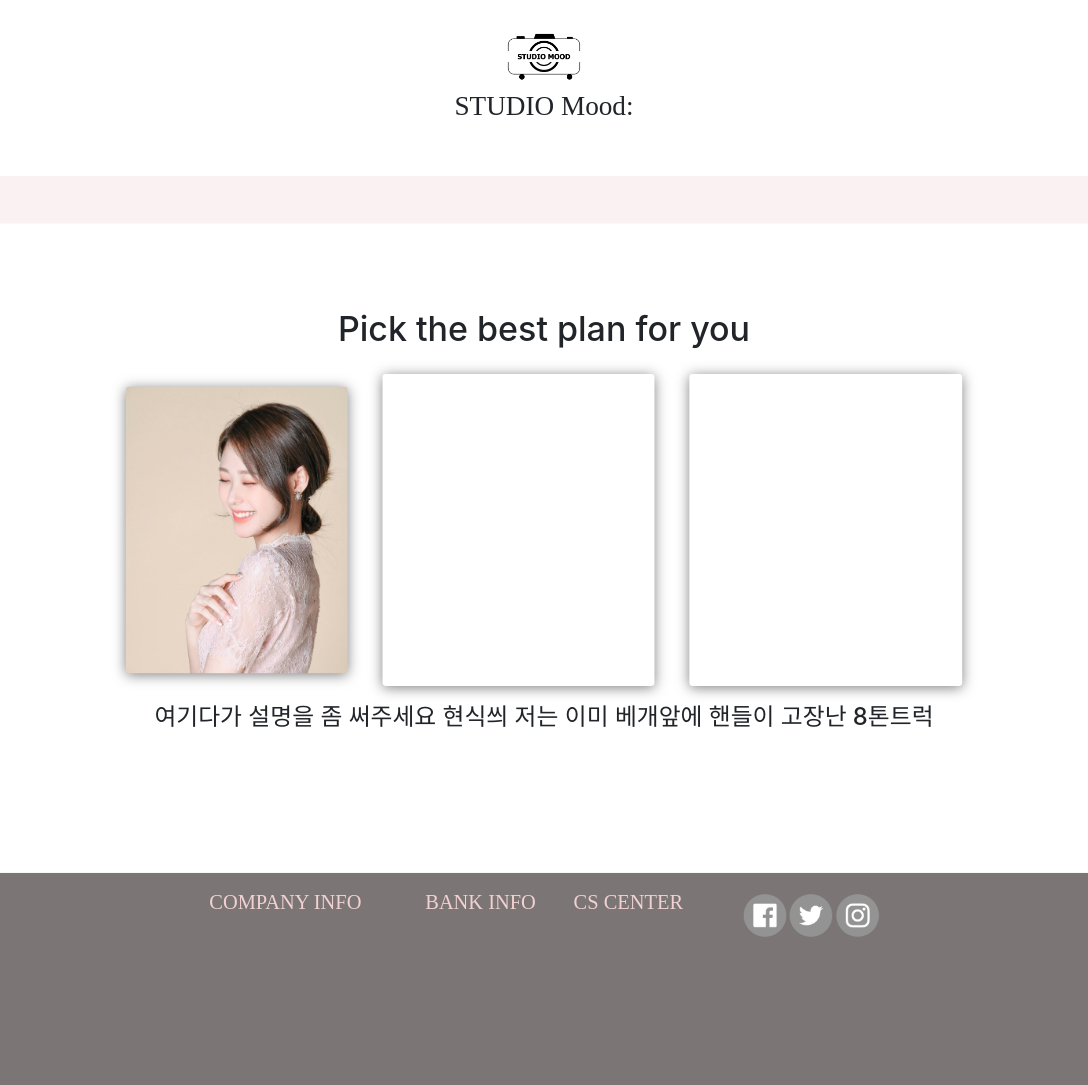
Repository: seugju/HSDsemi
Page: http://localhost/studioMood/views/product/product.jsp
The author's editor kept a copy of each file at every save. The page is drawn from the files as they stood at one save, then again after the next save.
The browser window is 1280 px wide. The pictures show the whole page, at 85% of full size.
Some web fonts or font styles are not loaded; a fallback is used. The page is served by Tomcat 9. Other server files are loaded and not shown.

Above is the page before, as saved 2020-12-02 16:08:54.

### project-workspace/studioMood/WebContent/views/product/product.jsp
<%@ page language="java" contentType="text/html; charset=UTF-8"
    pageEncoding="UTF-8"%>
<!DOCTYPE html PUBLIC "-//W3C//DTD HTML 4.01 Transitional//EN" "http://www.w3.org/TR/html4/loose.dtd">
<html>
<head>
<meta http-equiv="Content-Type" content="text/html; charset=UTF-8">
<title>Insert title here</title>
</head>
<style>
	@import url('https://fonts.googleapis.com/css?family=Open+Sans');

* {
	box-sizing: border-box;
}

body {
	background-color: #f6f5f7;
	font-family: 'Open Sans', sans-serif;
	margin-bottom: 50px;
}

.text-center {
	text-align: center;
}

.pricing-box-container {
	display: flex;
	align-items: center;
	justify-content: center;
	flex-wrap: wrap;
}

.pricing-box {
	background-color: #ffffff;
	box-shadow: 0px 2px 15px 0px rgba(0,0,0,0.5);
	border-radius: 4px;
	flex: 1;
	padding: 0 30px 30px;
	margin: 2%;
	min-width: 250px;
	max-width: 350px;
}

.pricing-box h5 {
	text-transform: uppercase;
}

.price {
	margin: 24px 0;
	font-size: 36px;
	font-weight: 900;
}

.price sub, .price sup {
	font-size: 16px;
	font-weight: 100;
}

.features-list {
	padding: 0;
	list-style-type: none;
}

.features-list li {
	font-weight: 100;
	padding: 12px 0;
	font-weight: 100;
}

.features-list li:not(:last-of-type) {
	border-bottom: 1px solid rgba(0, 0, 0, 0.1);
}

.btn-primary {
	border-radius: 25px;
	border: none;
	background-color: #EC1362;
	color: #ffffff;
	cursor: pointer;
	padding: 10px 15px;
	margin-top: 20px;
	text-transform: uppercase;
	transition: all 0.1s ease-in-out;
}

.btn-primary:hover {
	box-shadow: 0px 2px 15px 0px rgba(0,0,0,0.5);
	transform: translateY(-3px);
}

.pricing-box-bg-image {
	background-image: url('');
	background-size: cover;
	background-position: center center;
	color: #ffffff;
}

.pricing-box-bg-image .features-list li {
	border-bottom-color: rgba(255, 255, 255, 1);
}

.pricing-box-bg-image .btn-primary {
	background-color: #ffffff;
	color: #000;
}


.explain-product{
	width:100%;
	height:100px;
	text-align:center;
}
.explain-product h2{

}
.explain-content{
	width:80vw;
	height:auto;
	padding-top:100px;
	padding-bottom:100px;
	margin-top:100px;
	margin-bottom:100px;
	margin:0 auto;

}
.features-list:hover{
	 -webkit-transform: scale(1.02);
          transform: scale(1.02);
}
.pricing-box:hover{
	 -webkit-transform: scale(1.1);
          transform: scale(1.1);
}
.pricing-box{
	-webkit-transition: all 0.4s ease-in-out;
  transition: all 0.4s ease-in-out;

}
.pricing-box h5,p,ul{
	opacity:0;
}


#indiv{
padding:0px;
background-image: url('/img/indivisual.jpg');
	background-size: cover;
   background-position: center center;
}

.pricing-box:hover h5{
	opacity:1;
}
.pricing-box:hover p{
	opacity:1;
}
.pricing-box:hover ul{
	opacity:1;
}
.opacity-div{

	width:100%;
	height:337px;
	color: black;
}
#indiv:hover .opacity-div{
	background-color: rgba(255,255,255,0.7);
}
</style>
<body>
<%@ include file="/WEB-INF/views/common/header.jsp" %>
<div class="explain-content">
	<h1 class="text-center">Pick the best plan for you</h1>

<div class="pricing-box-container">
	<div id="indiv" class="pricing-box text-center">
	<div class="opacity-div">
		<h5>개인프로필</h5>
		<p class="price"><sup>$</sup>0<sub>/mo</sub></p>
		<ul class="features-list">
			<li><strong>1</strong> Project</li>
			<li><strong>5</strong> Team Members</li>
			<li><strong>50</strong> Personal Projects</li>
			<li><strong>5,000</strong> Messages</li>
		</ul>
		</div>
	</div>

	<div id="group" class="pricing-box text-center">
	<div class="opacity-div">
		<h5>단체프로필</h5>
		<p class="price"><sup>$</sup>0<sub>/mo</sub></p>
		<ul class="features-list">
			<li><strong>1</strong> Project</li>
			<li><strong>5</strong> Team Members</li>
			<li><strong>50</strong> Personal Projects</li>
			<li><strong>5,000</strong> Messages</li>
		</ul>
		</div>
	</div>

	<div id="body" class="pricing-box text-center">
	<div class="opacity-div">
		<h5>바디프로필</h5>
		<p class="price"><sup>$</sup>89<sub>/mo</sub></p>
		<ul class="features-list">
			<li><strong>25</strong> Project</li>
			<li><strong>50</strong> Team Members</li>
			<li><strong>500</strong> Personal Projects</li>
			<li><strong>50,000</strong> Messages</li>
		</ul>

	</div>
	</div>
	<div class="explain-product">
		<h3>여기다가 설명을 좀 써주세요 현식씌  저는 이미 베개앞에 핸들이 고장난 8톤트럭 </h3>
	</div>
</div>

</div>
<%@ include file="/WEB-INF/views/common/footer.jsp" %>
</body>

</html>

### project-workspace/studioMood/WebContent/WEB-INF/views/common/header.jsp
<%@page import="member.model.vo.Member"%>
<%@ page language="java" contentType="text/html; charset=UTF-8"
    pageEncoding="UTF-8"%>
    <%
    	Member m = (Member)session.getAttribute("loginMember");
    %>
<!DOCTYPE html PUBLIC "-//W3C//DTD HTML 4.01 Transitional//EN" "http://www.w3.org/TR/html4/loose.dtd">
<html>
<head>
<meta http-equiv="Content-Type" content="text/html; charset=UTF-8">
<title>Insert title here</title>

<script type="text/javascript" src="http://code.jquery.com/jquery-3.3.1.js"></script>
    <link rel="stylesheet" href="https://maxcdn.bootstrapcdn.com/bootstrap/4.5.2/css/bootstrap.min.css">
    <script src="https://ajax.googleapis.com/ajax/libs/jquery/3.5.1/jquery.min.js"></script>
    <script src="https://cdnjs.cloudflare.com/ajax/libs/popper.js/1.16.0/umd/popper.min.js"></script>
    <script src="https://maxcdn.bootstrapcdn.com/bootstrap/4.5.2/js/bootstrap.min.js"></script>

     <style>
    	 @font-face {
            font-family: 'S-CoreDream-4Regular';
            src: url('https://cdn.jsdelivr.net/gh/projectnoonnu/noonfonts_six@1.2/S-CoreDream-4Regular.woff') format('woff');
            font-weight: normal;
            font-style: normal;
        }

		@font-face {
		    font-family: 'Cafe24Danjunghae';
		    src: url('https://cdn.jsdelivr.net/gh/projectnoonnu/noonfonts_twelve@1.1/Cafe24Danjunghae.woff') format('woff');
		    font-weight: normal;
		    font-style: normal;
		}

		@font-face {
		    font-family: 'KCC-eunyoung';
		    src: url('https://cdn.jsdelivr.net/gh/projectnoonnu/noonfonts_one@1.0/KCC-eunyoung-Regular.woff') format('woff');
		    font-weight: normal;
		    font-style: normal;
		}
        header{
            width: 100vw;
            z-index: 0;
        }

        .navbar {
            display: block;
            background-color: #faf2f2;
            margin: 0 auto;
            z-index : 2;
        }

        .logo {
            margin: 0 auto;
            width: 500px;
            text-align: center;
        }
        .logo >h2{
         	font-family: 'Cafe24Danjunghae';
         }

        .logo>p{
        	 font-family: 'KCC-eunyoung';
        	 font-size: 20pt;
        }

        .navi-menu,
        .navi-menu-top {
            /* menu ul */
            list-style: none;
            text-align: center;

        }

        .navi-menu-top {
            float: right;
        }

        .navi-menu {
            margin: 0 auto;
            width: 680px;
            height: 40px;
        }

        .navi-menu>li {
            width: 125px;
            margin: 0 auto;
        }

        .navi-menu li>a {
            width: 100%;
            height: 30px;
            box-sizing: border-box;
            text-align: center;
            display: block;
            float: left;
        }
        .nav-link {
            color: #373a40;
            font-weight: bold;

        }
        .nav-link:hover{
        	color:#f1d1d1  ;
        }


        .navi-menu-top {
            display: inline-block;
        }

        .nav-top {
     	   	font-family: 'S-CoreDream-4Regular';
            width: 1200px;
            float: right;
            padding-right: 30px;
        }

        .navi-menu-top li {
            width: 80px;
            height: 30px;
            float: left;
        }

        .navi-menu-top li>a {
            width: 100%;
            height: 100%;
            display: inline-block;
            font-size: 9pt;
            line-height: 30px;
            color: #373a40;
        }
        .subMenu {
            margin-top: 10px;
            padding: 0;
            list-style-type: none;
            display :none;
             z-index : 1;
        }

		.subMenu>li {
            background-color: rgba(250,242,242,0.8);
        }

        .subMenu li>a {
            margin: 0;
            padding: 0;
            font-size: 10pt;
            display: inline-block;
            width: 125px;
            float: none;
            color: #373a40;

            /*transition-duration: 1s;*/
        }

        .subMenu>li:first-child>a {
            margin-top: 20px;
       	 }

           a{
		      text-decoration: none;
		      color:black;
		   }
		   a:hover{
		      text-decoration: none;
		      color:#e6d1d8;
		   }

        .subMenu{
            margin: 0;
            padding: 0;
            list-style-type: none;
            transition-duration: 2s;
        }
        .subMenu li>a{
            margin: 0;
            padding: 0;
            display: inline-block;
            width: 125px;
            float: none;
        }
        .subMenu>li:first-child>a {
            margin-top: 30px;
        }
        .subMenu li>a:hover {
       		color:#968c83;
           font-weight: bold;
        }

    </style>

        <script>
         $(document).ready(function() {
            var subMenu = $(".subMenu");
            subMenu.hide();
            var navMenu = $(".navi-menu>li>a");
            var idx = navMenu.index();

             $(".navi-menu>li>a").click(function() {
                $(this).next().stop().slideToggle(300);
            });


        });


    </script>
</head>
<body>

     <div class="nav-top">
     <%if(m != null) { //로그인 된 상태%>
     	<ul class="navbar-nav navi-menu-top" id="login-nav">
            <li>
                <a class="nav-top-link" href="/logout">로그아웃</a>
            </li>
            <li>
            <%if(m.getMemberLevel() == 0) {%>
                <a class="nav-top-link" href="/adminPage">관리자페이지</a>
            <%}else{ %>
                <a class="nav-top-link" href="/myPage?memberId=<%=m.getMemberId()%>">마이페이지</a>
            <%} %>
            </li>
        </ul>
     <%}else { %>
     	<ul class="navbar-nav navi-menu-top" id="logout-nav">
            <li>
                <a class="nav-top-link" href="/views/member/login.jsp">로그인</a>
            </li>
            <li>
                <a class="nav-top-link" href="/views/member/join.jsp">회원가입</a>
            </li>
        </ul>
     <%} %>
    </div>

    <div class="container-fluid">
        <br>
        <div class="logo">
            <img src="/img/logo.png" width="100px;" onclick="location.href = '/'">
            <h2>STUDIO Mood:</h2>
            <p>감성을 담는 사진관 </p>
        </div>
    </div>

   <nav class="navbar navbar-expand-sm sticky-top">
        <ul class="navbar-nav navi-menu">
            <li class="nav-item">
                <a class="nav-link" href="#">about</a>

                <ul class="subMenu">
                    <li><a class="nav-link sub-nav-item" href="/about">studio 'mood'</a></li>

                </ul>
            </li>
            <li class="nav-item">
                <a class="nav-link" href="/views/product/product.jsp">product</a>
            </li>
            <li class="nav-item">
                <a class="nav-link" href="#">gallery</a>
                <ul class="subMenu">
                    <li><a class="nav-link sub-nav-item" href="#">개인프로필</a></li>
                    <li><a class="nav-link sub-nav-item" href="#">바디프로필</a></li>
                    <li><a class="nav-link sub-nav-item" href="#">단체프로필</a></li>
                </ul>
            </li>
            <li class="nav-item">
                <a class="nav-link" href="#">reservation</a>
                <ul class="subMenu">
                    <li><a class="nav-link sub-nav-item" href="/test">예약</a></li>
                    <li><a class="nav-link sub-nav-item" href="/searchReserve">예약확인</a></li>
                </ul>
            </li>
            <li class="nav-item">
                <a class="nav-link" href="#">board</a>
                <ul class="subMenu">
                    <li><a class="nav-link sub-nav-item" href="/noticeList?reqPage=1">공지사항</a></li>
                    <li><a class="nav-link sub-nav-item" href="/qnaList?reqPage=1">QnA</a></li>
                    <li><a class="nav-link sub-nav-item" href="/postList?reqPage=1">후기</a></li>
                    <li><a class="nav-link sub-nav-item" href="/faqList?reqPage=1">FAQ</a></li>
                </ul>
            </li>
        </ul>
    </nav>


</body>
</html>

### project-workspace/studioMood/WebContent/WEB-INF/views/common/footer.jsp
<%@ page language="java" contentType="text/html; charset=UTF-8"
    pageEncoding="UTF-8"%>
<!DOCTYPE html PUBLIC "-//W3C//DTD HTML 4.01 Transitional//EN" "http://www.w3.org/TR/html4/loose.dtd">
<html>
<head>
<meta http-equiv="Content-Type" content="text/html; charset=UTF-8">
<title>Insert title here</title>

<style>
		 @font-face {
            font-family: 'S-CoreDream-4Regular';
            src: url('https://cdn.jsdelivr.net/gh/projectnoonnu/noonfonts_six@1.2/S-CoreDream-4Regular.woff') format('woff');
            font-weight: normal;
            font-style: normal;
        }

        @font-face {
            font-family: 'S-CoreDream-5Medium';
            src: url('https://cdn.jsdelivr.net/gh/projectnoonnu/noonfonts_six@1.2/S-CoreDream-5Medium.woff') format('woff');
            font-weight: normal;
            font-style: normal;
        }
        .footer{
            background-color: rgb(124, 117, 117);
            text-align: center;

            height: 250px;
            margin: 0;
            padding: 0;
            z-index: 0;
        }
        .footerBox{
            margin: 20px;
            text-align: left;
            display: inline-block
        }
        .footerBox >h2{
       		font-family: 'S-CoreDream-5Medium';
            color: rgb(241, 209, 209);
            font-size: 18pt;
        }
        .footerBox>p{
        	font-family: 'S-CoreDream-4Regular';
        	font-size: 9pt;
            color: rgb(241, 238, 238);
        }
        .footer-top,
        .footer-bottom{
        	margin : 0 auto;
            width: 1198px;
        }
        .footer-bottom>p{
          color: rgba(241, 238, 238, 0.8);
          font-size: 10pt;
        }
        .icon{

        }
        .icon>img{

            width: 50px;
        }
    </style>
</head>
<body>
 <footer>
       <div class="footer">
           <div class="footer-top">
                <div class="footerBox company-info" width:310px;>
                <h2>COMPANY INFO</h2>
                <p>
                    Company : 스튜디오무드 <br>
                    Business-License : 888-999-33333<br>
                    Tel: 02-3333-5555<br>
                    Email : mood_studio@gmail.com<br>
                    Addr : 서울특별시 강남구 사진관로 34번길<br>
                </p>
            </div>
            <div class="footerBox bank-info" width:180px;>
                <h2>BANK INFO</h2>
                <p>
                    농협 : 333-8888-5555-44 <br>
                    국민 : 888999-01-33333<br><br>
                    예금주: 스튜디오 분위기<br><br>

                </p>
            </div>
            <div class="footerBox cs" width:230px;>
                <h2>CS CENTER</h2>
                <p>
                    tel : 010-2222-5555 <br>
                    mail : mood_studio@gmail.com<br><br><br><br>
                </p>
            </div>
           <div class="footerBox icon" width:130px;>
               <img src="/img/Facebook_1.png">
               <img src="/img/Twitter_1.png">
               <img src="/img/Instagram_1.png">
               <p><br><br><br><br></p>
           </div>
           </div>

            <div class="footer-bottom">
                <p>Copyright &copy; 2020 by Studiomood All Right Reserved</p>
            </div>

       </div>

   </footer>

</body>
</html>

After the next save:
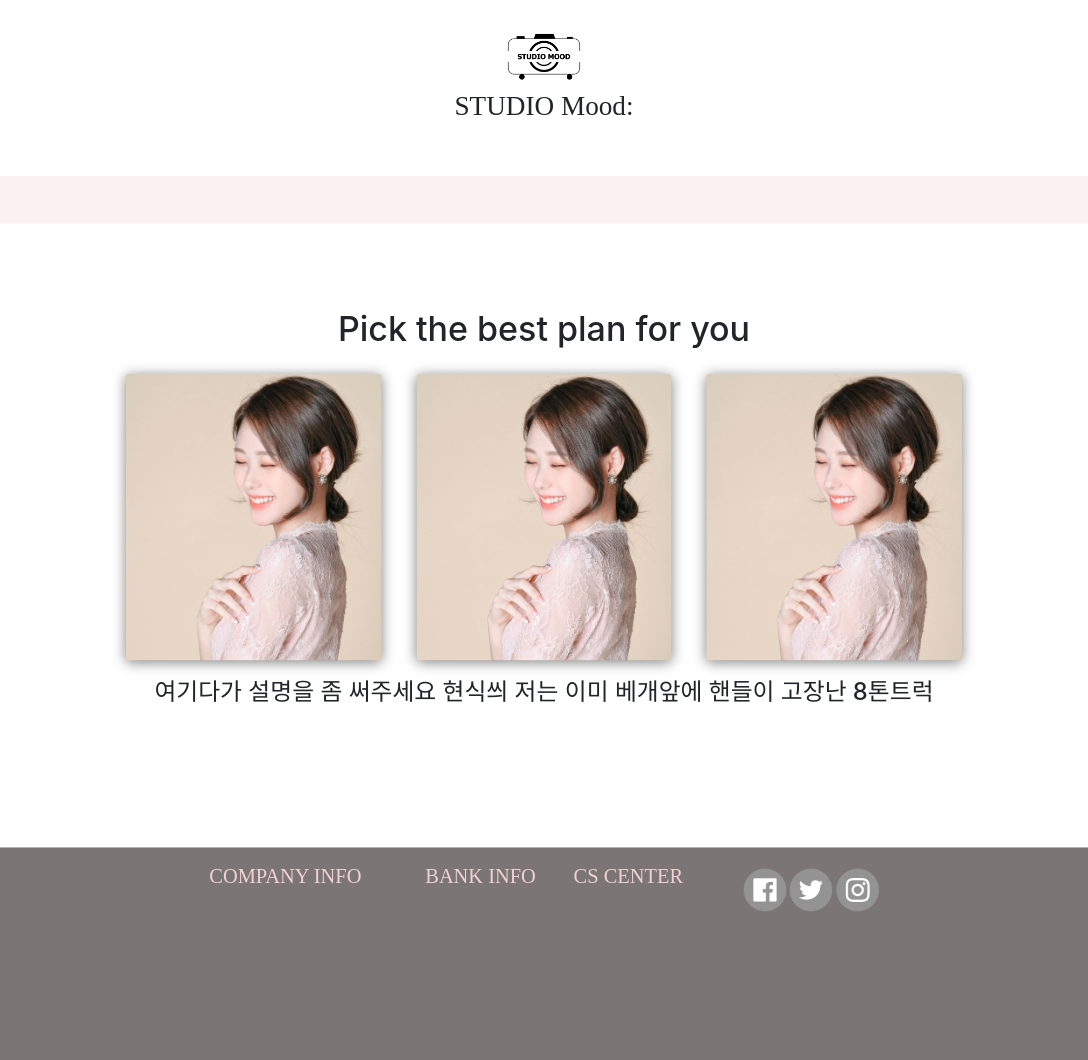
Saved 53 s later.
--- a/project-workspace/studioMood/WebContent/views/product/product.jsp
+++ b/project-workspace/studioMood/WebContent/views/product/product.jsp
@@ -147,7 +147,18 @@ background-image: url('/img/indivisual.jpg');
 	background-size: cover;
    background-position: center center;
 }
-
+#group{
+padding:0px;
+background-image: url('/img/indivisual.jpg');
+	background-size: cover;
+   background-position: center center;
+}
+#body{
+padding:0px;
+background-image: url('/img/indivisual.jpg');
+	background-size: cover;
+   background-position: center center;
+}
 .pricing-box:hover h5{
 	opacity:1;
 }
